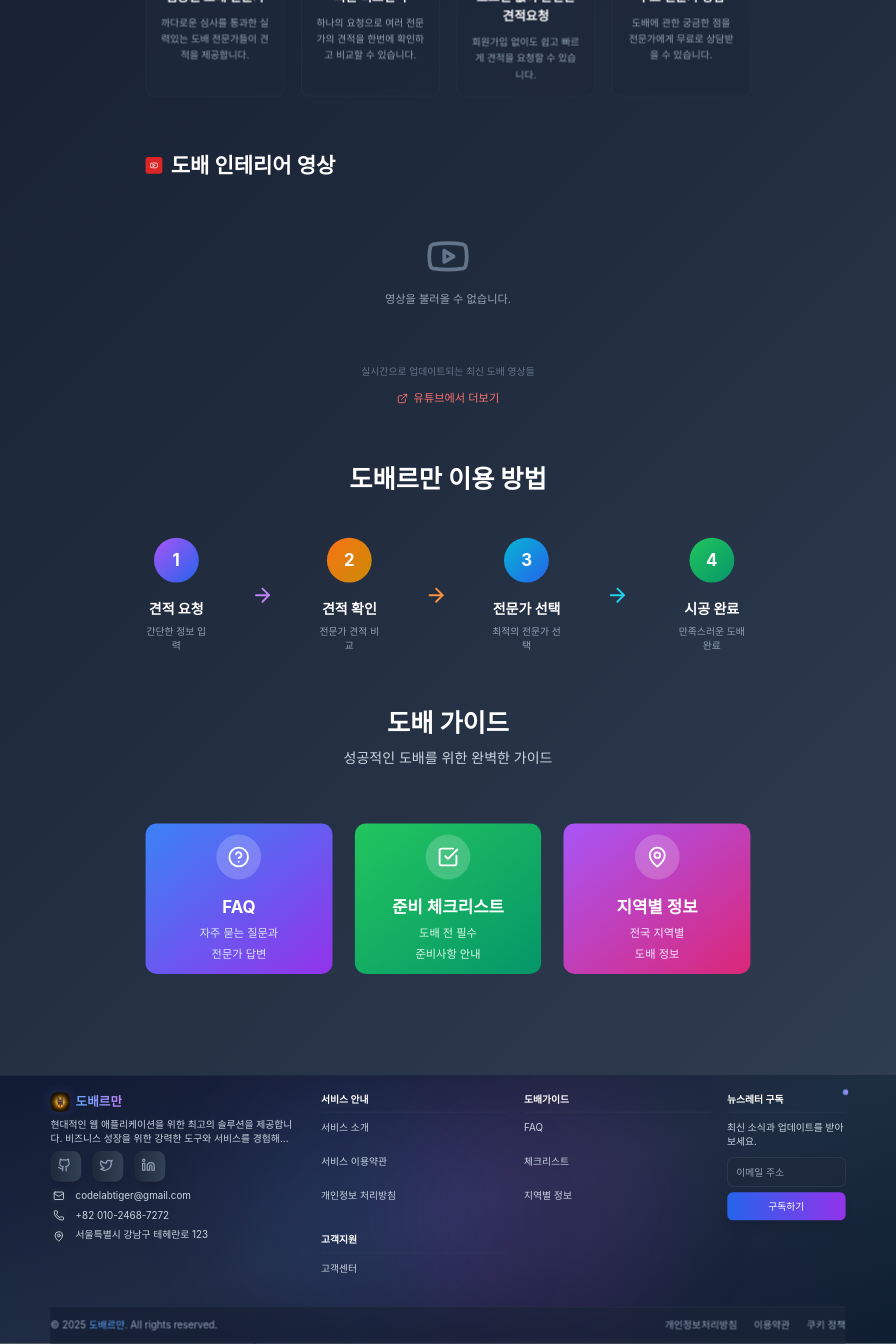
Repository: rambozzang/doberman_nextjs
Page: /
These files come from the project's save history. The page is drawn as it stood at one moment and after the next save; the edit follows.
The browser window is 1280 px wide. The pictures show the part of the page from y = 1465 to 3385 px (the page is 3385 px tall before and 3369 px after), at 70% of full size.
The page's requests for data from a server got no answer. The project was rebuilt for these pictures with package versions that can differ from the ones it lists, and the page was loaded fresh each time. The framework's server and built-in components were replaced by stand-ins that run in the browser. No one was signed in, and anything a server would have sent is missing. Also part of the build but not shown: next.config.mjs, next.config.ts, src/components/AutoLogoutWarning.tsx, src/components/ForgotPasswordModal.tsx, src/components/LoginModal.tsx, src/components/RegisterModal.tsx.

Above is the page before, as saved 2025-06-28 01:48:57.

### src/components/Footer.tsx
"use client";

import React, { useState } from "react";
import Link from "next/link";
import { motion, AnimatePresence } from "framer-motion";
import { Github, Twitter, Linkedin, Mail, Phone, MapPin, ChevronDown } from "lucide-react";

import Image from "next/image";

interface FooterLink {
  title: string;
  href: string;
}

interface FooterSection {
  title: string;
  links: FooterLink[];
}

interface SocialLink {
  name: string;
  href: string;
  icon: React.ReactNode;
}

interface FooterProps {
  logo?: string;
  description?: string;
  sections?: FooterSection[];
  socialLinks?: SocialLink[];
  contactInfo?: {
    email?: string;
    phone?: string;
    address?: string;
  };
  showNewsletter?: boolean;
}

const defaultSections: FooterSection[] = [
  {
    title: "서비스 안내",
    links: [
      { title: "서비스 소개", href: "/service-intro" },
      { title: "서비스 이용약관", href: "/terms-of-service" },
      { title: "개인정보 처리방침", href: "/privacy-policy" },
    ],
  },
  {
    title: "도배가이드",
    links: [
      { title: "FAQ", href: "/faq" },
      { title: "체크리스트", href: "/checklist" },
      { title: "지역별 정보", href: "/regional-guide" },
    ],
  },
  {
    title: "고객지원",
    links: [{ title: "고객센터", href: "/customer-support" }],
  },
];

const defaultSocialLinks: SocialLink[] = [
  {
    name: "GitHub",
    href: "https://github.com",
    icon: <Github className="w-5 h-5" />,
  },
  {
    name: "Twitter",
    href: "https://twitter.com",
    icon: <Twitter className="w-5 h-5" />,
  },
  {
    name: "LinkedIn",
    href: "https://linkedin.com",
    icon: <Linkedin className="w-5 h-5" />,
  },
];

const Footer: React.FC<FooterProps> = ({
  logo = "도배르만",
  description = "현대적인 웹 애플리케이션을 위한 최고의 솔루션을 제공합니다. 비즈니스 성장을 위한 강력한 도구와 서비스를 경험해보세요.",
  sections = defaultSections,
  socialLinks = defaultSocialLinks,
  contactInfo = {
    email: "codelabtiger@gmail.com",
    phone: "+82 010-2468-7272",
    address: "서울특별시 강남구 테헤란로 123",
  },
  showNewsletter = true,
}) => {
  // 모바일 아코디언 상태 관리
  const [expandedSections, setExpandedSections] = useState<Record<string, boolean>>({});

  // 아코디언 토글 함수
  const toggleSection = (sectionTitle: string) => {
    setExpandedSections(prev => ({
      ...prev,
      [sectionTitle]: !prev[sectionTitle]
    }));
  };

  const handleNewsletterSubmit = (e: React.FormEvent) => {
    e.preventDefault();
    // 뉴스레터 구독 로직
    console.log("뉴스레터 구독");
  };

  return (
    <footer className="relative bg-gradient-to-br from-slate-900 via-slate-800 to-slate-900 border-t border-slate-700/50 overflow-hidden">
      {/* Background Effects */}
      <div className="absolute inset-0 bg-gradient-to-r from-blue-600/5 via-purple-600/5 to-cyan-600/5"></div>
      <div className="absolute top-0 left-1/4 w-96 h-96 bg-blue-500/10 rounded-full blur-3xl"></div>
      <div className="absolute bottom-0 right-1/4 w-96 h-96 bg-purple-500/10 rounded-full blur-3xl"></div>

      <div className="relative container mx-auto px-4 sm:px-6 lg:px-8">
        {/* Main Footer Content */}
        <div className="py-4 sm:py-6 lg:py-6">
          <div className="grid grid-cols-1 md:grid-cols-2 lg:grid-cols-12 gap-3 sm:gap-4 lg:gap-6">
            {/* Company Info */}
            <div className="md:col-span-2 lg:col-span-4 space-y-2 sm:space-y-3 lg:space-y-2">
              <motion.div
                initial={{ opacity: 0, y: 20 }}
                whileInView={{ opacity: 1, y: 0 }}
                transition={{ duration: 0.5 }}
                viewport={{ once: true }}
              >
                <Link href="/" className="flex items-center space-x-2 mb-2 sm:mb-3 lg:mb-2 group">
                  <div className="relative">
                    <div className="absolute inset-0 bg-gradient-to-r from-blue-500 to-purple-500 rounded-lg blur opacity-20 group-hover:opacity-40 transition-opacity"></div>
                    <Image src="/logo.png" alt="logo" width={24} height={24} className="relative sm:w-7 sm:h-7 lg:w-7 lg:h-7" />
                  </div>
                  <span className="text-base sm:text-lg lg:text-lg font-bold bg-gradient-to-r from-blue-400 to-purple-400 bg-clip-text text-transparent">{logo}</span>
                </Link>
                <p className="text-slate-300 text-xs sm:text-sm lg:text-sm leading-relaxed pr-4 line-clamp-2">
                  {description}
                </p>
              </motion.div>

              {/* Social Links */}
              <motion.div
                initial={{ opacity: 0, y: 20 }}
                whileInView={{ opacity: 1, y: 0 }}
                transition={{ duration: 0.5, delay: 0.1 }}
                viewport={{ once: true }}
                className="flex space-x-3 sm:space-x-4 lg:space-x-4"
              >
                {socialLinks.map((social) => (
                  <motion.a
                    key={social.name}
                    href={social.href}
                    target="_blank"
                    rel="noopener noreferrer"
                    whileHover={{ scale: 1.1, y: -2 }}
                    whileTap={{ scale: 0.95 }}
                    className="relative p-2 sm:p-2.5 lg:p-2.5 rounded-xl bg-gradient-to-r from-slate-800 to-slate-700 text-slate-400 hover:text-white hover:from-blue-600 hover:to-purple-600 transition-all duration-300 shadow-lg hover:shadow-xl touch-target group"
                    aria-label={social.name}
                  >
                    <div className="absolute inset-0 bg-gradient-to-r from-blue-600 to-purple-600 rounded-xl opacity-0 group-hover:opacity-20 transition-opacity"></div>
                    <div className="relative w-4 h-4 sm:w-5 sm:h-5 lg:w-5 lg:h-5">
                      {social.icon}
                    </div>
                  </motion.a>
                ))}
              </motion.div>

              {/* Contact Info */}
              {contactInfo && (
                <motion.div
                  initial={{ opacity: 0, y: 20 }}
                  whileInView={{ opacity: 1, y: 0 }}
                  transition={{ duration: 0.5, delay: 0.2 }}
                  viewport={{ once: true }}
                  className="space-y-1 sm:space-y-1.5 lg:space-y-1"
                >
                  {contactInfo.email && (
                    <div className="flex items-center space-x-2 sm:space-x-3 text-xs sm:text-sm text-slate-300 hover:text-blue-400 transition-colors">
                      <div className="p-1 rounded-md bg-slate-800/50">
                        <Mail className="w-3 h-3 sm:w-4 sm:h-4 flex-shrink-0" />
                      </div>
                      <span className="break-all">{contactInfo.email}</span>
                    </div>
                  )}
                  {contactInfo.phone && (
                    <div className="flex items-center space-x-2 sm:space-x-3 text-xs sm:text-sm text-slate-300 hover:text-blue-400 transition-colors">
                      <div className="p-1 rounded-md bg-slate-800/50">
                        <Phone className="w-3 h-3 sm:w-4 sm:h-4 flex-shrink-0" />
                      </div>
                      <span>{contactInfo.phone}</span>
                    </div>
                  )}
                  {contactInfo.address && (
                    <div className="flex items-start space-x-2 sm:space-x-3 text-xs sm:text-sm text-slate-300 hover:text-blue-400 transition-colors">
                      <div className="p-1 rounded-md bg-slate-800/50 mt-0.5">
                        <MapPin className="w-3 h-3 sm:w-4 sm:h-4 flex-shrink-0" />
                      </div>
                      <span className="leading-relaxed">{contactInfo.address}</span>
                    </div>
                  )}
                </motion.div>
              )}
            </div>

            {/* Footer Links */}
            <div className="md:col-span-2 lg:col-span-6">
              {/* 데스크톱 버전 - 기존 그리드 */}
              <div className="hidden md:grid grid-cols-2 gap-3 sm:gap-4 lg:gap-6">
                {sections.map((section, index) => (
                  <motion.div
                    key={section.title}
                    initial={{ opacity: 0, y: 20 }}
                    whileInView={{ opacity: 1, y: 0 }}
                    transition={{ duration: 0.5, delay: index * 0.1 }}
                    viewport={{ once: true }}
                    className="space-y-2 sm:space-y-3 lg:space-y-2"
                  >
                    <h3 className="text-sm sm:text-base lg:text-sm font-semibold text-white border-b border-slate-700/50 pb-2">
                      {section.title}
                    </h3>
                    <ul className="space-y-1 sm:space-y-1.5 lg:space-y-1">
                      {section.links.map((link) => (
                        <li key={link.title}>
                          <Link
                            href={link.href}
                            className="text-xs sm:text-sm lg:text-sm text-slate-300 hover:text-blue-400 hover:translate-x-1 transition-all duration-200 block py-1 lg:py-1 touch-target group"
                          >
                            <span className="relative">
                              {link.title}
                              <span className="absolute bottom-0 left-0 w-0 h-px bg-gradient-to-r from-blue-400 to-purple-400 group-hover:w-full transition-all duration-300"></span>
                            </span>
                          </Link>
                        </li>
                      ))}
                    </ul>
                  </motion.div>
                ))}
              </div>

              {/* 모바일 버전 - 아코디언 */}
              <div className="md:hidden space-y-2">
                {sections.map((section, index) => (
                  <motion.div
                    key={section.title}
                    initial={{ opacity: 0, y: 20 }}
                    whileInView={{ opacity: 1, y: 0 }}
                    transition={{ duration: 0.5, delay: index * 0.1 }}
                    viewport={{ once: true }}
                    className="border border-slate-600/30 rounded-xl bg-gradient-to-r from-slate-800/40 to-slate-700/40 backdrop-blur-sm overflow-hidden shadow-lg"
                  >
                    {/* 아코디언 헤더 */}
                    <button
                      onClick={() => toggleSection(section.title)}
                      className="w-full flex items-center justify-between p-4 text-left hover:bg-slate-700/30 transition-all duration-200 touch-target group"
                    >
                      <h3 className="text-sm font-semibold text-white group-hover:text-blue-400 transition-colors">
                        {section.title}
                      </h3>
                      <motion.div
                        animate={{ rotate: expandedSections[section.title] ? 180 : 0 }}
                        transition={{ duration: 0.2 }}
                        className="text-slate-400 group-hover:text-blue-400 transition-colors"
                      >
                        <ChevronDown className="w-4 h-4" />
                      </motion.div>
                    </button>

                    {/* 아코디언 컨텐츠 */}
                    <AnimatePresence>
                      {expandedSections[section.title] && (
                        <motion.div
                          initial={{ height: 0, opacity: 0 }}
                          animate={{ height: "auto", opacity: 1 }}
                          exit={{ height: 0, opacity: 0 }}
                          transition={{ duration: 0.3, ease: "easeInOut" }}
                          className="overflow-hidden"
                        >
                          <div className="px-4 pb-4 border-t border-slate-600/30 bg-gradient-to-b from-transparent to-slate-800/20">
                            <ul className="space-y-1 pt-3">
                              {section.links.map((link) => (
                                <motion.li
                                  key={link.title}
                                  initial={{ opacity: 0, x: -10 }}
                                  animate={{ opacity: 1, x: 0 }}
                                  transition={{ duration: 0.2 }}
                                >
                                  <Link
                                    href={link.href}
                                    className="text-sm text-slate-300 hover:text-blue-400 hover:translate-x-1 transition-all duration-200 block py-2 px-3 rounded-lg hover:bg-slate-700/30 touch-target group"
                                  >
                                    <span className="relative">
                                      {link.title}
                                      <span className="absolute bottom-0 left-0 w-0 h-px bg-gradient-to-r from-blue-400 to-purple-400 group-hover:w-full transition-all duration-300"></span>
                                    </span>
                                  </Link>
                                </motion.li>
                              ))}
                            </ul>
                          </div>
                        </motion.div>
                      )}
                    </AnimatePresence>
                  </motion.div>
                ))}
              </div>
            </div>

            {/* Newsletter */}
            {showNewsletter && (
              <div className="md:col-span-2 lg:col-span-2">
                <motion.div
                  initial={{ opacity: 0, y: 20 }}
                  whileInView={{ opacity: 1, y: 0 }}
                  transition={{ duration: 0.5, delay: 0.3 }}
                  viewport={{ once: true }}
                  className="space-y-3 lg:space-y-3"
                >
                  <div className="relative">
                    <h3 className="text-sm sm:text-base lg:text-sm font-semibold text-white border-b border-slate-700/50 pb-2">
                      뉴스레터 구독
                    </h3>
                    <div className="absolute -top-1 -right-1 w-2 h-2 bg-gradient-to-r from-blue-400 to-purple-400 rounded-full animate-pulse"></div>
                  </div>
                  <p className="text-xs sm:text-sm lg:text-sm text-slate-300">
                    최신 소식과 업데이트를 받아보세요.
                  </p>
                  <form onSubmit={handleNewsletterSubmit} className="space-y-2 lg:space-y-2">
                    <div className="relative">
                      <input
                        type="email"
                        placeholder="이메일 주소"
                        className="w-full px-3 py-2 lg:px-3 lg:py-2.5 text-xs lg:text-sm bg-slate-800/50 border border-slate-600/50 rounded-lg focus:outline-none focus:ring-2 focus:ring-blue-500 focus:border-transparent text-white placeholder-slate-400 transition-all duration-200"
                        required
                      />
                      <div className="absolute inset-0 bg-gradient-to-r from-blue-600/20 to-purple-600/20 rounded-lg opacity-0 focus-within:opacity-100 transition-opacity pointer-events-none"></div>
                    </div>
                    <motion.button
                      type="submit"
                      whileHover={{ scale: 1.02 }}
                      whileTap={{ scale: 0.98 }}
                      className="w-full px-3 py-2 lg:px-3 lg:py-2.5 text-xs lg:text-sm bg-gradient-to-r from-blue-600 to-purple-600 text-white rounded-lg hover:from-blue-700 hover:to-purple-700 transition-all duration-200 shadow-lg hover:shadow-xl font-medium"
                    >
                      구독하기
                    </motion.button>
                  </form>
                </motion.div>
              </div>
            )}
          </div>
        </div>

        {/* Bottom Bar */}
        <motion.div
          initial={{ opacity: 0 }}
          whileInView={{ opacity: 1 }}
          transition={{ duration: 0.5, delay: 0.4 }}
          viewport={{ once: true }}
          className="py-4 lg:py-4 border-t border-slate-700/50 bg-gradient-to-r from-slate-900/50 to-slate-800/50 backdrop-blur-sm"
        >
          <div className="flex flex-col md:flex-row justify-between items-center space-y-2 md:space-y-0">
            <div className="text-xs sm:text-sm lg:text-sm text-slate-400">
              © {new Date().getFullYear()} <span className="text-blue-400 font-medium">{logo}</span>. All rights reserved.
            </div>
            <div className="flex space-x-4 lg:space-x-6">
              <Link
                href="/privacy"
                className="text-xs sm:text-sm lg:text-sm text-slate-400 hover:text-blue-400 transition-colors relative group"
              >
                개인정보처리방침
                <span className="absolute bottom-0 left-0 w-0 h-px bg-gradient-to-r from-blue-400 to-purple-400 group-hover:w-full transition-all duration-300"></span>
              </Link>
              <Link
                href="/terms"
                className="text-xs sm:text-sm lg:text-sm text-slate-400 hover:text-blue-400 transition-colors relative group"
              >
                이용약관
                <span className="absolute bottom-0 left-0 w-0 h-px bg-gradient-to-r from-blue-400 to-purple-400 group-hover:w-full transition-all duration-300"></span>
              </Link>
              <Link
                href="/cookies"
                className="text-xs sm:text-sm lg:text-sm text-slate-400 hover:text-blue-400 transition-colors relative group"
              >
                쿠키 정책
                <span className="absolute bottom-0 left-0 w-0 h-px bg-gradient-to-r from-blue-400 to-purple-400 group-hover:w-full transition-all duration-300"></span>
              </Link>
            </div>
          </div>
        </motion.div>
      </div>
    </footer>
  );
};

export default Footer;

Loaded but not shown: tailwind.config.js (145 lines, source omitted); src/app/page.tsx (898 lines, source omitted); src/components/Header.tsx (549 lines, source omitted); src/app/globals.css (891 lines, source omitted); src/lib/api.ts (171 lines, source omitted); src/services/authService.ts (116 lines, source omitted); src/hooks/useAutoLogout.ts (132 lines, source omitted); src/providers/AuthProvider.tsx (116 lines, source omitted); src/lib/auth.ts (99 lines, source omitted); src/store/useStore.ts (38 lines, source omitted); src/components/AdSense.tsx (41 lines, source omitted); src/providers/GlobalProvider.tsx (33 lines, source omitted); src/providers/QueryProvider.tsx (25 lines, source omitted); src/services/youtubeService.ts (9 lines, source omitted); src/app/layout.tsx (264 lines, source omitted)

After the next save:
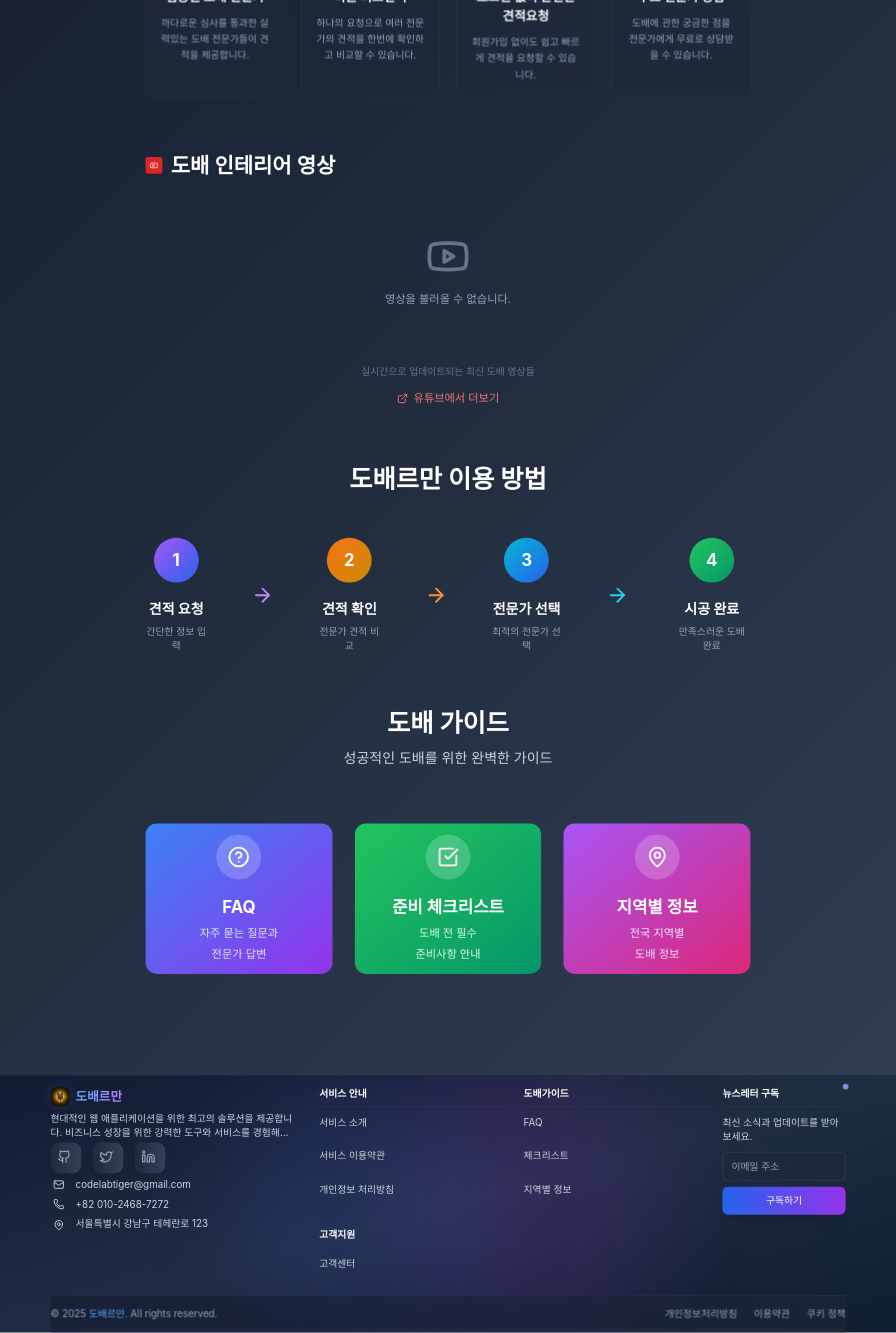
Saved 23 min 22 s later.
--- a/src/components/Footer.tsx
+++ b/src/components/Footer.tsx
@@ -115,10 +115,10 @@ const Footer: React.FC<FooterProps> = ({
 
       <div className="relative container mx-auto px-4 sm:px-6 lg:px-8">
         {/* Main Footer Content */}
-        <div className="py-4 sm:py-6 lg:py-6">
-          <div className="grid grid-cols-1 md:grid-cols-2 lg:grid-cols-12 gap-3 sm:gap-4 lg:gap-6">
+        <div className="py-3 sm:py-4 lg:py-4">
+          <div className="grid grid-cols-1 md:grid-cols-2 lg:grid-cols-12 gap-2 sm:gap-3 lg:gap-4">
             {/* Company Info */}
-            <div className="md:col-span-2 lg:col-span-4 space-y-2 sm:space-y-3 lg:space-y-2">
+            <div className="md:col-span-2 lg:col-span-4 space-y-1 sm:space-y-2 lg:space-y-1">
               <motion.div
                 initial={{ opacity: 0, y: 20 }}
                 whileInView={{ opacity: 1, y: 0 }}
